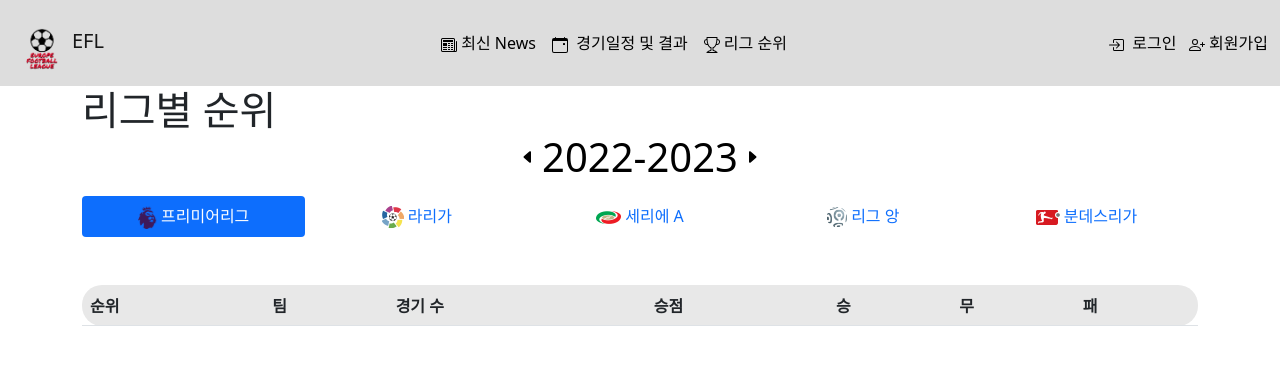
Repository: kylekimkim/uefa_project
Page: http://localhost/team/2223/rank
These files come from the project's save history. The page is drawn as it stood at one moment and after the next save; the edit follows.
The browser window is 1280 px wide. The pictures show the whole page.
The page is this project's Thymeleaf template; nobody is signed in. The template is opened directly, without the code that normally fills it, so the values that code supplies are empty.

Above is the page before, as saved 2022-07-22 03:49:31.

After the next save:
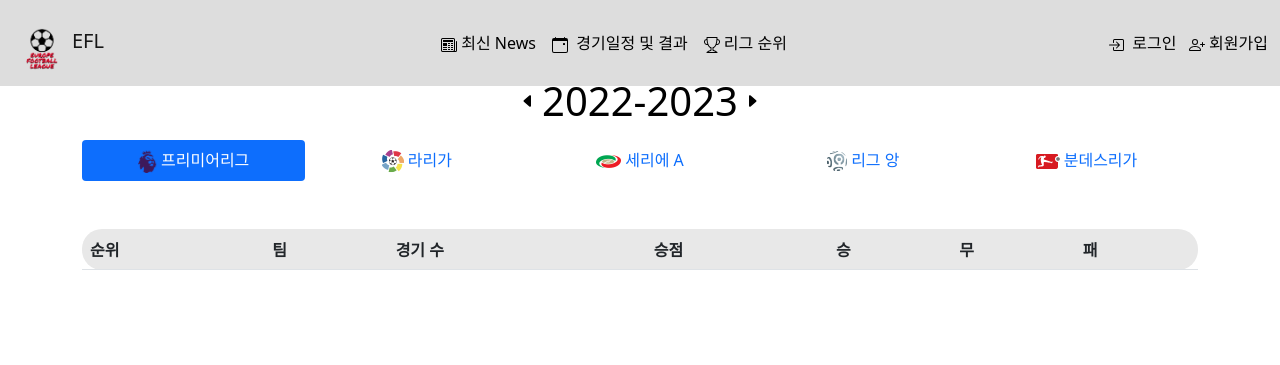
Saved 79 min 33 s later.
--- a/uefa_project/src/main/resources/templates/team/2223/rank.html
+++ b/uefa_project/src/main/resources/templates/team/2223/rank.html
@@ -26,7 +26,6 @@
 	<body>
 		<header th:insert="header_nav.html"></header>
 		<div class="container">
-			<h1>리그별 순위</h1>
 			<div class="season">
 					<button class="move" type="submit" onclick="location.href='/team/rank.do'">
 						<svg xmlns="http://www.w3.org/2000/svg" width="16" height="16" fill="currentColor" class="bi bi-caret-left-fill" viewBox="0 0 16 16">
